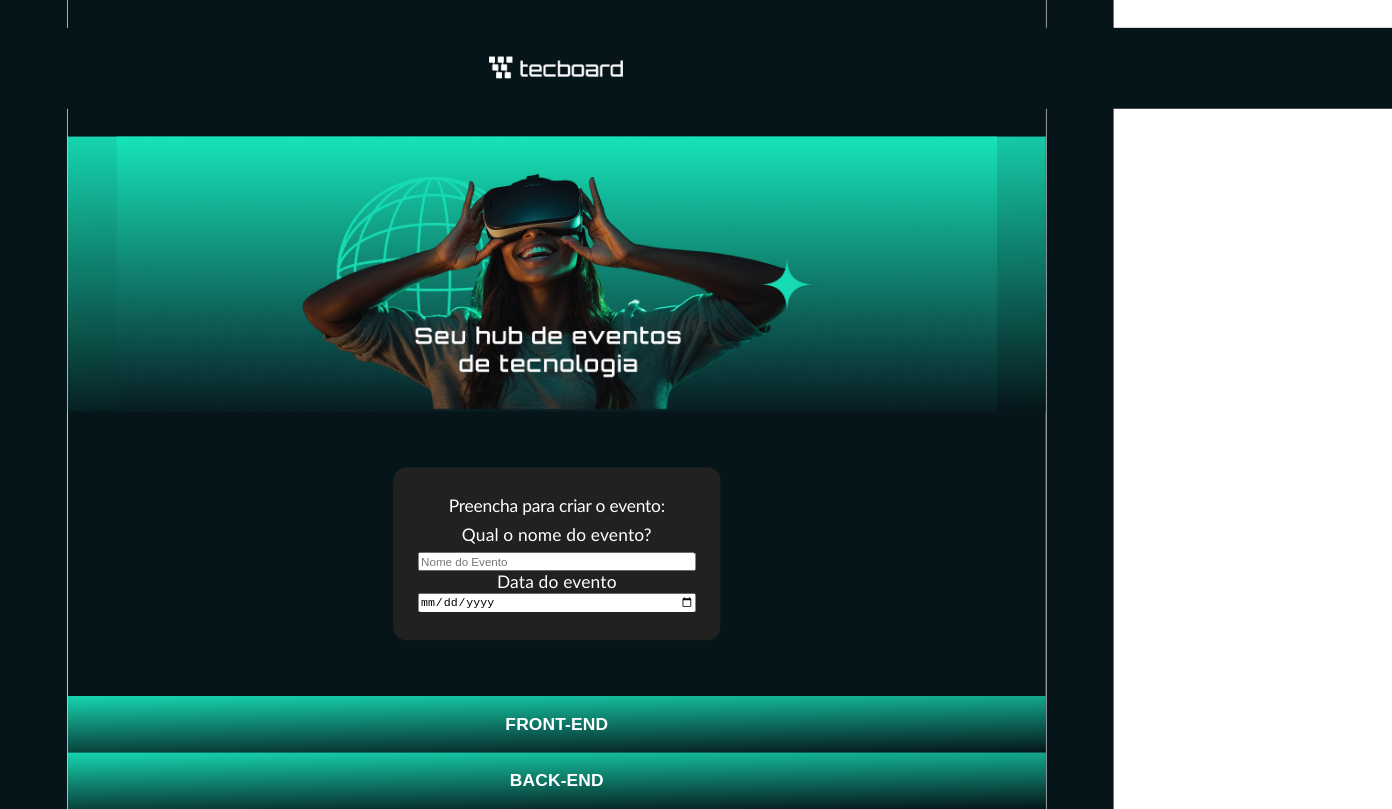
Repository: fernandadev12/techboard
Page: /
An editor plug-in stored every save of this project. The page is shown before and after the next save, followed by the edit.
The browser window is 1280 px wide. The page is 1600 px wide, so the pictures cover 1600 px, including what lies to the right of the window. The pictures show the whole page, at 87% of full size.
The project was rebuilt for these pictures with package versions that can differ from the ones it lists, and the page was loaded fresh each time. Also part of the build but not shown: vite.config.js.

Above is the page before, as saved 2026-06-14 14:53:55.

### index.html
<!doctype html>
<html lang="en">
  <head>
    <meta charset="UTF-8" />
    <link rel="icon" type="image/svg+xml" href="/favicon.svg" />
    <meta name="viewport" content="width=device-width, initial-scale=1.0" />
    <link rel="preconnect" href="https://fonts.googleapis.com" />
    <link rel="preconnect" href="https://fonts.gstatic.com" crossorigin />
    <link
      href="https://fonts.googleapis.com/css2?family=Orbitron:wght@400..900&display=swap"
      rel="stylesheet"
    />
    <title>techboard</title>
  </head>
  <body>
    <div id="root"></div>
    <script type="module" src="/src/main.jsx"></script>
  </body>
</html>

### src/index.css
:root {
  --text: #6b6375;
  --text-h: #08060d;
  --bg: #fff;
  --border: #e5e4e7;
  --code-bg: #f4f3ec;
  --accent: #aa3bff;
  --accent-bg: rgba(170, 59, 255, 0.1);
  --accent-border: rgba(170, 59, 255, 0.5);
  --social-bg: rgba(244, 243, 236, 0.5);
  --shadow:
    rgba(0, 0, 0, 0.1) 0 10px 15px -3px, rgba(0, 0, 0, 0.05) 0 4px 6px -2px;

  --sans: system-ui, "Segoe UI", Roboto, sans-serif;
  --heading: system-ui, "Segoe UI", Roboto, sans-serif;
  --mono: ui-monospace, Consolas, monospace;

  font: 18px/145% var(--sans);
  letter-spacing: 0.18px;
  color-scheme: light dark;
  color: var(--text);
  background: var(--bg);
  font-synthesis: none;
  text-rendering: optimizeLegibility;
  -webkit-font-smoothing: antialiased;
  -moz-osx-font-smoothing: grayscale;

  @media (max-width: 1024px) {
    font-size: 16px;
  }
}

@media (prefers-color-scheme: dark) {
  :root {
    --text: #9ca3af;
    --text-h: #f3f4f6;
    --bg: #16171d;
    --border: #2e303a;
    --code-bg: #1f2028;
    --accent: #c084fc;
    --accent-bg: rgba(192, 132, 252, 0.15);
    --accent-border: rgba(192, 132, 252, 0.5);
    --social-bg: rgba(47, 48, 58, 0.5);
    --shadow:
      rgba(0, 0, 0, 0.4) 0 10px 15px -3px, rgba(0, 0, 0, 0.25) 0 4px 6px -2px;
  }

  #social .button-icon {
    filter: invert(1) brightness(2);
  }
}

body {
  margin: 0;
  background-color: #06151a;
}

#root {
  width: 1126px;
  max-width: 100%;
  margin: 0 auto;
  text-align: center;
  border-inline: 1px solid var(--border);
  min-height: 100svh;
  display: flex;
  flex-direction: column;
  box-sizing: border-box;
}

h1,
h2 {
  font-family: var(--heading);
  font-weight: 500;
  color: var(--text-h);
}

h1 {
  font-size: 56px;
  letter-spacing: -1.68px;
  margin: 32px 0;
  @media (max-width: 1024px) {
    font-size: 36px;
    margin: 20px 0;
  }
}
h2 {
  font-size: 24px;
  line-height: 118%;
  letter-spacing: -0.24px;
  margin: 0 0 8px;
  @media (max-width: 1024px) {
    font-size: 20px;
  }
}
p {
  margin: 0;
}

code,
.counter {
  font-family: var(--mono);
  display: inline-flex;
  border-radius: 4px;
  color: var(--text-h);
}

code {
  font-size: 15px;
  line-height: 135%;
  padding: 4px 8px;
  background: var(--code-bg);
}

### src/App.jsx
import "./App.css";
import { Banner } from "./componentes/Banner";
import { Tema } from "./componentes/Tema";
import { FormularioDeEvento } from "./componentes/FormularioDeEvento";

function App() {
  const temas = [
    {
      id: 1,
      nome: "Front-end",
    },
    {
      id: 2,
      nome: "Back-end",
    },
    {
      id: 3,
      nome: "Mobile",
    },
    {
      id: 4,
      nome: "DevOps",
    },
    {
      id: 5,
      nome: "Inteligência Artificial",
    },
    {
      id: 6,
      nome: "Cloud",
    },
  ];

  return (
    <main>
      <header>
        <img src="/Header.png"></img>
      </header>
      <Banner />
      <FormularioDeEvento />
      <section>
        <Tema tema={temas[0]} />
      </section>
      <section>
        <Tema tema={temas[1]} />
      </section>
    </main>
  );
}

export default App;

### src/App.css
header {
  background-color: #06151a;
  padding: 32px;
  display: flex;
  justify-content: center;
}
section {
  background: linear-gradient(179deg, #16d5af 0%, #06151a);
  display: flex;
  justify-content: center;
}
section img {
  max-width: 90%;
}

.form-evento {
  background-color: #212121;
  padding: 32px 28px;
  border-radius: 15px;
  width: 394px;
  margin: 64px auto;
  max-width: 320px;
}
.hero {
  position: relative;

  .base,
  .framework,
  .vite {
    inset-inline: 0;
    margin: 0 auto;
  }

  .base {
    width: 170px;
    position: relative;
    z-index: 0;
  }

  .framework,
  .vite {
    position: absolute;
  }

  .framework {
    z-index: 1;
    top: 34px;
    height: 28px;
    transform: perspective(2000px) rotateZ(300deg) rotateX(44deg) rotateY(39deg)
      scale(1.4);
  }

  .vite {
    z-index: 0;
    top: 107px;
    height: 26px;
    width: auto;
    transform: perspective(2000px) rotateZ(300deg) rotateX(40deg) rotateY(39deg)
      scale(0.8);
  }
}

#center {
  display: flex;
  flex-direction: column;
  gap: 25px;
  place-content: center;
  place-items: center;
  flex-grow: 1;

  @media (max-width: 1024px) {
    padding: 32px 20px 24px;
    gap: 18px;
  }
}

#next-steps {
  display: flex;
  border-top: 1px solid var(--border);
  text-align: left;

  & > div {
    flex: 1 1 0;
    padding: 32px;
    @media (max-width: 1024px) {
      padding: 24px 20px;
    }
  }

  .icon {
    margin-bottom: 16px;
    width: 22px;
    height: 22px;
  }

  @media (max-width: 1024px) {
    flex-direction: column;
    text-align: center;
  }
}

#docs {
  border-right: 1px solid var(--border);

  @media (max-width: 1024px) {
    border-right: none;
    border-bottom: 1px solid var(--border);
  }
}

#next-steps ul {
  list-style: none;
  padding: 0;
  display: flex;
  gap: 8px;
  margin: 32px 0 0;

  .logo {
    height: 18px;
  }

  a {
    color: var(--text-h);
    font-size: 16px;
    border-radius: 6px;
    background: var(--social-bg);
    display: flex;
    padding: 6px 12px;
    align-items: center;
    gap: 8px;
    text-decoration: none;
    transition: box-shadow 0.3s;

    &:hover {
      box-shadow: var(--shadow);
    }
    .button-icon {
      height: 18px;
      width: 18px;
    }
  }

  @media (max-width: 1024px) {
    margin-top: 20px;
    flex-wrap: wrap;
    justify-content: center;

    li {
      flex: 1 1 calc(50% - 8px);
    }

    a {
      width: 100%;
      justify-content: center;
      box-sizing: border-box;
    }
  }
}

#spacer {
  height: 88px;
  border-top: 1px solid var(--border);
  @media (max-width: 1024px) {
    height: 48px;
  }
}

.ticks {
  position: relative;
  width: 100%;

  &::before,
  &::after {
    content: "";
    position: absolute;
    top: -4.5px;
    border: 5px solid transparent;
  }

  &::before {
    left: 0;
    border-left-color: var(--border);
  }
  &::after {
    right: 0;
    border-right-color: var(--border);
  }
}

### src/componentes/Banner/index.jsx
import "./bannerstyles.css";

export function Banner() {
  return (
    <section className="banner">
      <img src="/Banner.jpg"></img>
    </section>
  );
}

### src/componentes/Tema/index.jsx
import "./temastyles.css";

export function Tema({ tema }) {
  return <h3 className="titulotema">{tema.nome}</h3>;
}

### src/componentes/FormularioDeEvento/index.jsx
import { TituloFormulario } from "../TituloFormulario";
import { CampoFormulario } from "../CampoDeFormulario";
import { LabelFormulario } from "../Label";
import { CampoDeEntrada } from "../CampoDeEntrada";

export function FormularioDeEvento() {
  return (
    <form className="form-evento">
      <TituloFormulario> Preencha para criar o evento:</TituloFormulario>
      <CampoFormulario>
        <LabelFormulario htmlFor="nome">Qual o nome do evento?</LabelFormulario>
        <input
          type="text"
          id="nome"
          placeholder="Nome do Evento"
          name="nomeEvento"
        />
      </CampoFormulario>

      <LabelFormulario htmlFor="dataEvento">Data do evento</LabelFormulario>
      <CampoFormulario>
        <input type="date" id="dataEvento" name="dataEvento" />
      </CampoFormulario>
    </form>
  );
}

### src/componentes/Banner/bannerstyles.css
.banner {
  background: linear-gradient(179deg, #16d5af 0%, #06151a);
  display: flex;
  justify-content: center;
}

.banner img {
  max-width: 90%;
}

### src/componentes/Tema/temastyles.css
.titulotema {
  color: #fff;
  font-family: "Orbiton", sans-serif;
  font-weight: 600;
  font-size: 20px;
  line-height: 125%;
  letter-spacing: 10%;
  vertical-align: middle;
  text-transform: uppercase;
}

### src/componentes/TituloFormulario/index.jsx
import "./titulostyle.css";

// export function TituloFormulario() {
//   return <h3 class="tituloform">Preencha para criar um evento:</h3>;
// }
export function TituloFormulario({ children }) {
  return <h2 className="tituloform">{children}</h2>;
}

### src/componentes/CampoDeFormulario/index.jsx
import "./campoformestyles.css";

export function CampoFormulario({ children }) {
  return <fieldset className="campoform">{children}</fieldset>;
}

### src/componentes/Label/index.jsx
import "./labelstyles.css";

export function LabelFormulario({ children, htmlFor }) {
  return (
    <label className="label" htmlFor={htmlFor}>
      {children}
    </label>
  );
}

### src/componentes/TituloFormulario/titulostyle.css
.tituloform {
  font-family:
    "Trebuchet MS", "Lucida Sans Unicode", "Lucida Grande", "Lucida Sans",
    Arial, sans-serif;
  font-weight: 400;
  font-size: 20px;
  line-height: 125%;
  color: #fff;
}

### src/componentes/CampoDeFormulario/campoformestyles.css
.campoform {
  display: flex;
  flex-direction: column;
  gap: 8px;
  border: none;
  padding: 0;
  margin: 0;
}

### src/componentes/Label/labelstyles.css
.label {
  font-family:
    "Trebuchet MS", "Lucida Sans Unicode", "Lucida Grande", "Lucida Sans",
    Arial, sans-serif;
  font-weight: 400;
  font-size: 20px;
  line-height: 125%;
  color: #fff;
}

### src/componentes/CampoDeEntrada/index.jsx
import "./campoentradastyles.css";

export function CampoDeEntrada(props) {
  return <input className="campoformularioinput" {...props} />;
}

### src/componentes/CampoDeEntrada/campoentradastyles.css
.campoformularioinput {
  border-radius: 8px;
  background-color: transparent;
  border: 1px solid #4a4949;
  color: #fff;
  padding: 8px 16px;
}

.campoformularioinput:placeholder {
  color: #4a4949;
}

Loaded but not shown: src/main.jsx (common file)

After the next save:
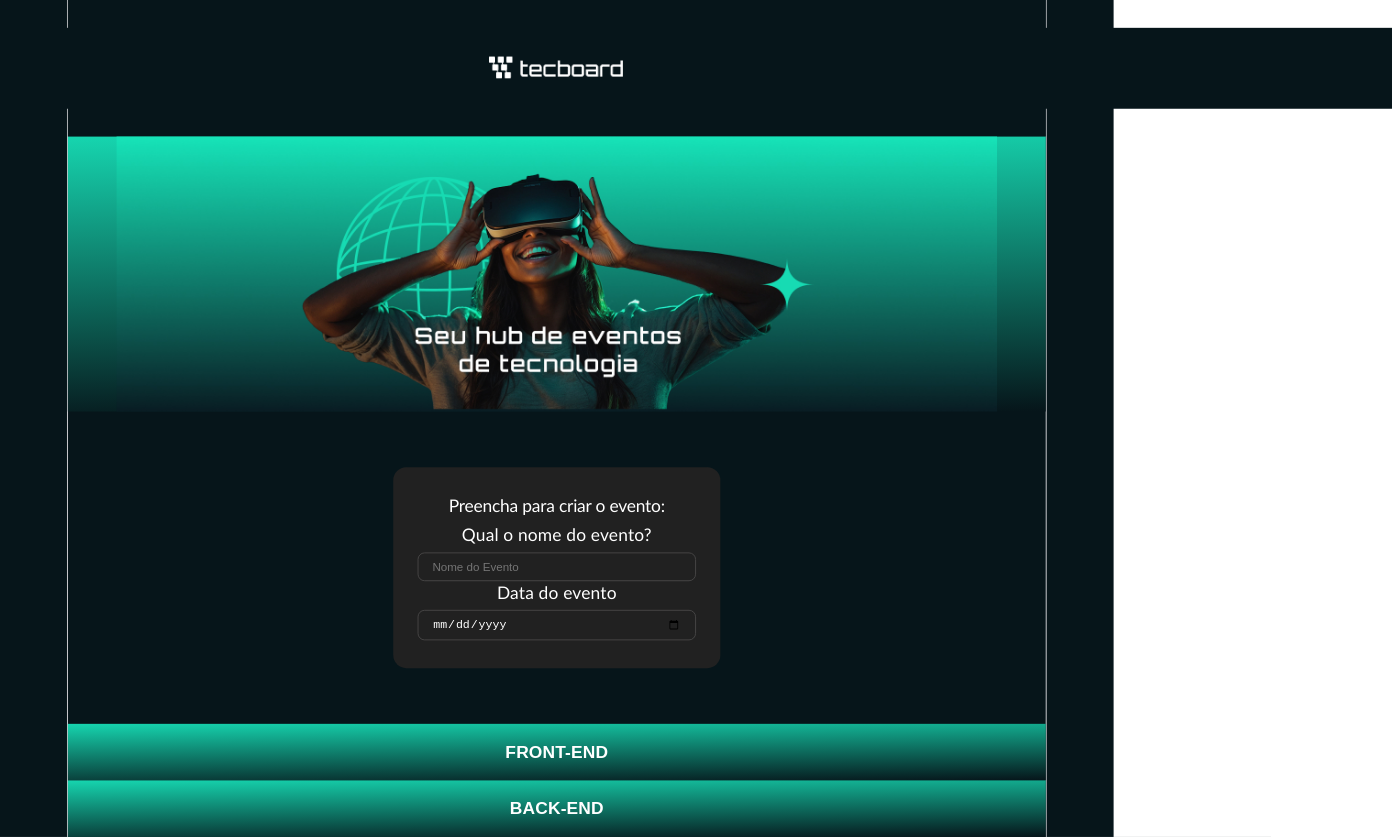
Saved 23 s later.
--- a/src/componentes/FormularioDeEvento/index.jsx
+++ b/src/componentes/FormularioDeEvento/index.jsx
@@ -9,7 +9,7 @@
       <TituloFormulario> Preencha para criar o evento:</TituloFormulario>
       <CampoFormulario>
         <LabelFormulario htmlFor="nome">Qual o nome do evento?</LabelFormulario>
-        <input
+        <CampoDeEntrada
           type="text"
           id="nome"
           placeholder="Nome do Evento"
@@ -17,9 +17,9 @@
         />
       </CampoFormulario>
 
-      <LabelFormulario htmlFor="dataEvento">Data do evento</LabelFormulario>
       <CampoFormulario>
-        <input type="date" id="dataEvento" name="dataEvento" />
+        <LabelFormulario htmlFor="dataEvento">Data do evento</LabelFormulario>
+        <CampoDeEntrada type="date" id="dataEvento" name="dataEvento" />
       </CampoFormulario>
     </form>
   );
